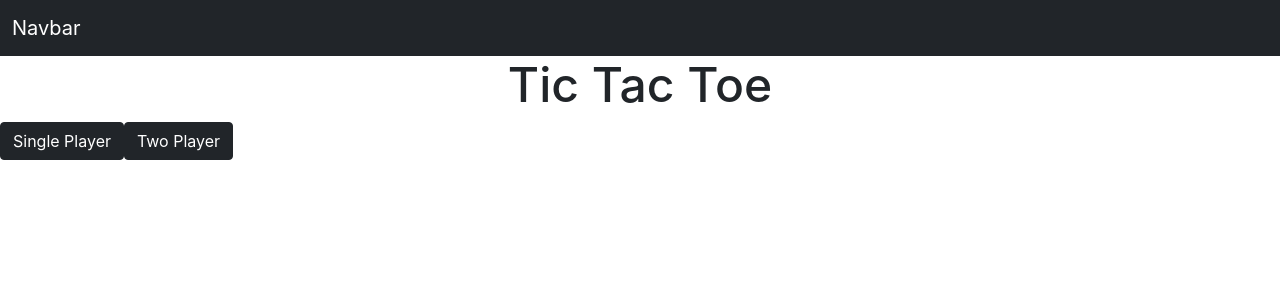
Repository: napan24/tic-tac-toe
Page: /
An editor plug-in stored every save of this project. The page is shown before and after the next save, followed by the edit.
The browser window is 1280 px wide. The pictures show the whole page.
The project was rebuilt for these pictures with package versions that can differ from the ones it lists, and the page was loaded fresh each time. Also part of the build but not shown: src/App.css, src/tik.css, src/App.js, src/Vscomp.js.

Above is the page before, as saved 2022-06-16 18:00:09.

After the next save:
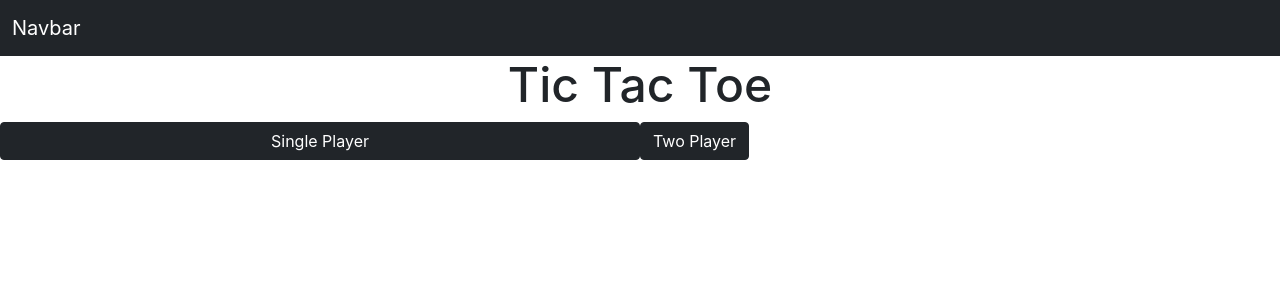
Saved 27 s later.
--- a/src/Home.js
+++ b/src/Home.js
@@ -11,7 +11,7 @@ export default function () {
         <h5 style={{textAlign:"center",fontSize:"3rem"}}>
             Tic Tac Toe
         </h5>
-        <button type="button" class="btn btn-dark">
+        <button type="button" class="btn btn-dark" style={{width:"50vw"}}>
             Single Player
         </button>
         <button type="button" class="btn btn-dark">
